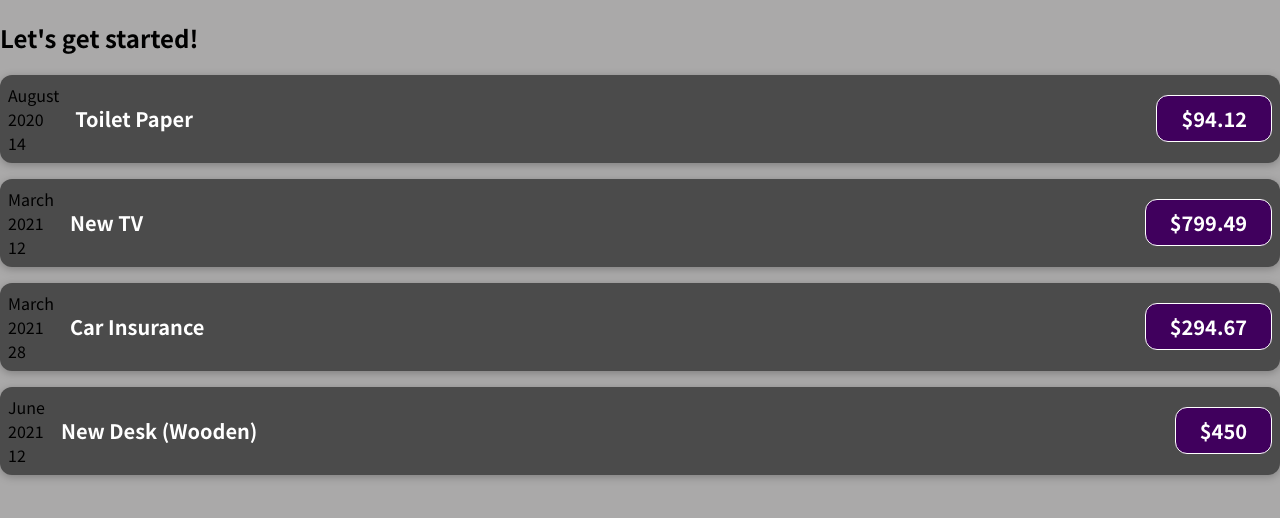
Repository: otvertka/MSC
Page: /
These files come from the project's save history. The page is drawn as it stood at one moment and after the next save; the edit follows.
The browser window is 1280 px wide. The pictures show the whole page.
The project was rebuilt for these pictures with package versions that can differ from the ones it lists, and the page was loaded fresh each time.

Above is the page before, as saved 2023-06-18 11:42:10.

### src/index.css
@import url("https://fonts.googleapis.com/css2?family=Noto+Sans+JP:wght@400;700&display=swap");

* {
  box-sizing: border-box;
}

html {
  font-family: "Noto Sans JP", sans-serif;
}

body {
  margin: 0;
  background-color: #aaa9a9;
}

### src/App.js
import ExpenseItem from "./components/ExpenseItem";
// import Products from "./components/Products";

function App() {
  const expenses = [
    {
      id: "e1",
      title: "Toilet Paper",
      amount: 94.12,
      date: new Date(2020, 7, 14),
    },
    { id: "e2", title: "New TV", amount: 799.49, date: new Date(2021, 2, 12) },
    {
      id: "e3",
      title: "Car Insurance",
      amount: 294.67,
      date: new Date(2021, 2, 28),
    },
    {
      id: "e4",
      title: "New Desk (Wooden)",
      amount: 450,
      date: new Date(2021, 5, 12),
    },
  ];
  return (
    <div>
      <h2>Let's get started!</h2>
      <ExpenseItem
        title={expenses[0].title}
        amount={expenses[0].amount}
        date={expenses[0].date}
      />
      <ExpenseItem
        title={expenses[1].title}
        amount={expenses[1].amount}
        date={expenses[1].date}
      />
      <ExpenseItem
        title={expenses[2].title}
        amount={expenses[2].amount}
        date={expenses[2].date}
      />
      <ExpenseItem
        title={expenses[3].title}
        amount={expenses[3].amount}
        date={expenses[3].date}
      />
    </div>
  );
}

export default App;

### src/components/ExpenseItem.js
import "./ExpenseItem.css";

function ExpenseItem(props) {
  const month = props.date.toLocaleString("en-US", { month: "long" });
  const day = props.date.toLocaleString("en-US", { day: "2-digit" });
  const year = props.date.getFullYear();
  return (
    //
    <div className="expense-item">
      <div>
        <div>{month}</div>
        <div>{year}</div>
        <div>{day}</div>
      </div>
      <div className="expense-item__description">
        <h2>{props.title}</h2>
        <div className="expense-item__price">${props.amount}</div>
      </div>
    </div>
  );
}

export default ExpenseItem;

### src/components/ExpenseItem.css
.expense-item {
  display: flex;
  justify-content: space-between;
  align-items: center;
  box-shadow: 0 2px 8px rgba(0, 0, 0, 0.25);
  padding: 0.5rem;
  margin: 1rem 0;
  border-radius: 12px;
  background-color: #4b4b4b;
}

.expense-item__description {
  display: flex;
  flex-direction: column;
  gap: 1rem;
  align-items: flex-end;
  flex-flow: column-reverse;
  justify-content: flex-start;
  flex: 1;
}

.expense-item h2 {
  color: #3a3a3a;
  font-size: 1rem;
  flex: 1;
  margin: 0 1rem;
  color: white;
}

.expense-item__price {
  font-size: 1rem;
  font-weight: bold;
  color: white;
  background-color: #40005d;
  border: 1px solid white;
  padding: 0.5rem;
  border-radius: 12px;
}

@media (min-width: 580px) {
  .expense-item__description {
    flex-direction: row;
    align-items: center;
    justify-content: flex-start;
    flex: 1;
  }

  .expense-item__description h2 {
    font-size: 1.25rem;
  }

  .expense-item__price {
    font-size: 1.25rem;
    padding: 0.5rem 1.5rem;
  }
}

Loaded but not shown: public/index.html (common file); src/index.js (common file)

After the next save:
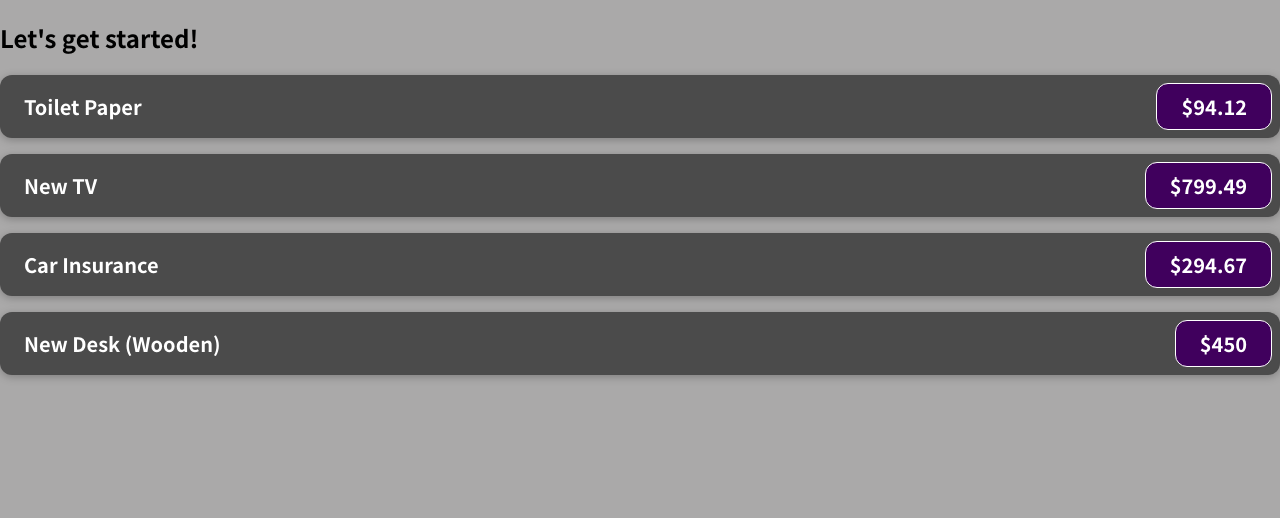
Saved 25 s later.
--- a/src/components/ExpenseItem.js
+++ b/src/components/ExpenseItem.js
@@ -1,17 +1,9 @@
 import "./ExpenseItem.css";
 
 function ExpenseItem(props) {
-  const month = props.date.toLocaleString("en-US", { month: "long" });
-  const day = props.date.toLocaleString("en-US", { day: "2-digit" });
-  const year = props.date.getFullYear();
   return (
     //
     <div className="expense-item">
-      <div>
-        <div>{month}</div>
-        <div>{year}</div>
-        <div>{day}</div>
-      </div>
       <div className="expense-item__description">
         <h2>{props.title}</h2>
         <div className="expense-item__price">${props.amount}</div>
